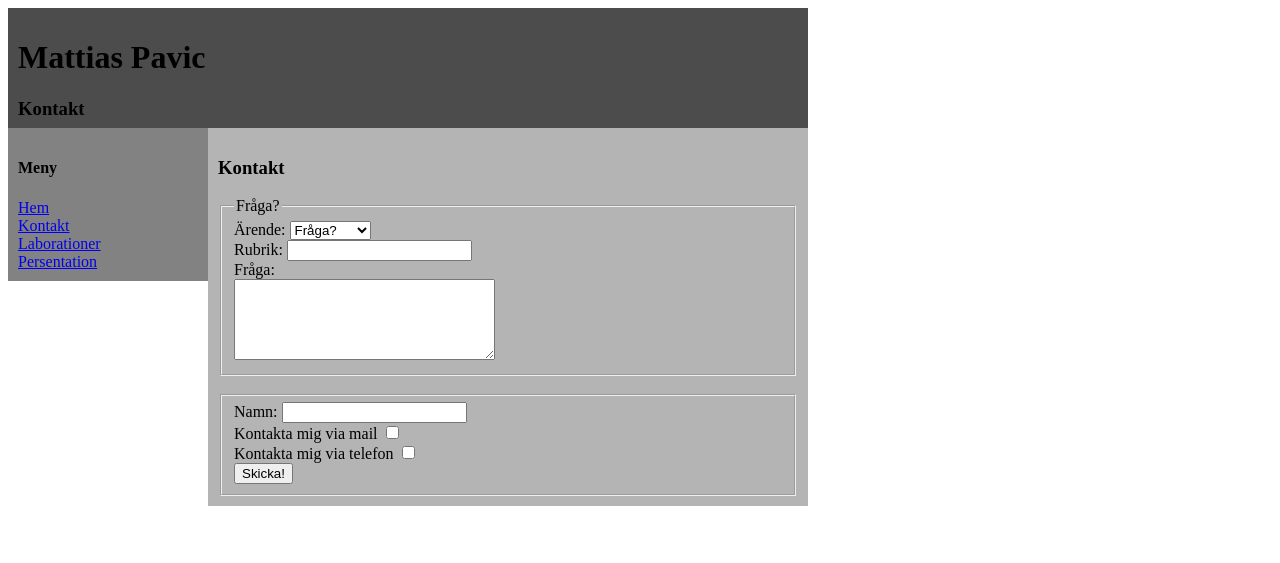
Repository: mp222sf/1ik415-laborationer
Page: pages/kontakt.html
The author's editor kept a record of every edit. The page is drawn from the files as they stood at one moment, then again after the next edit.
The browser window is 1280 px wide. The pictures show the whole page.

Above is the page before.

After the next edit:
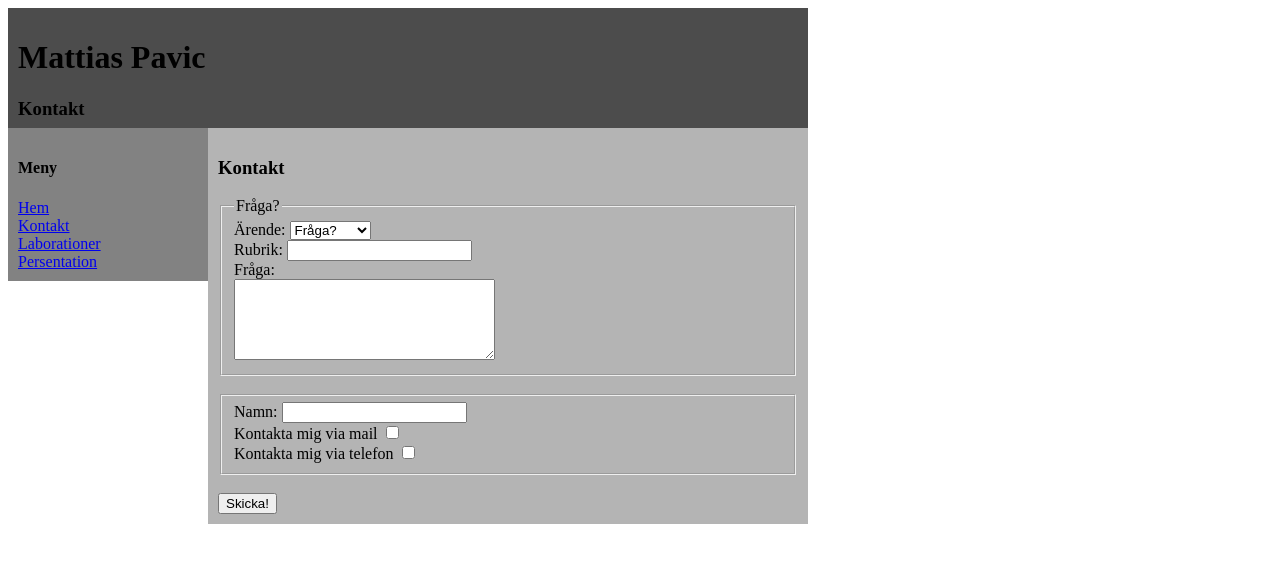
The edit:
--- a/pages/kontakt.html
+++ b/pages/kontakt.html
@@ -35,7 +35,7 @@
                     <fieldset>
                     Namn: <input type="text" name="namn" /><br>
                     Kontakta mig via mail <input type="checkbox" name="g1[]" value="kontakt_mail" /><br>
-                    Kontakta mig via telefon <input type="checkbox" name="g1[]" value="kontakt_telefon" /><br>
+                    Kontakta mig via telefon <input type="checkbox" name="g1[]" value="kontakt_telefon" /></fieldset><br>
                     <input type="submit" value="Skicka!" />
                 </form>
 
